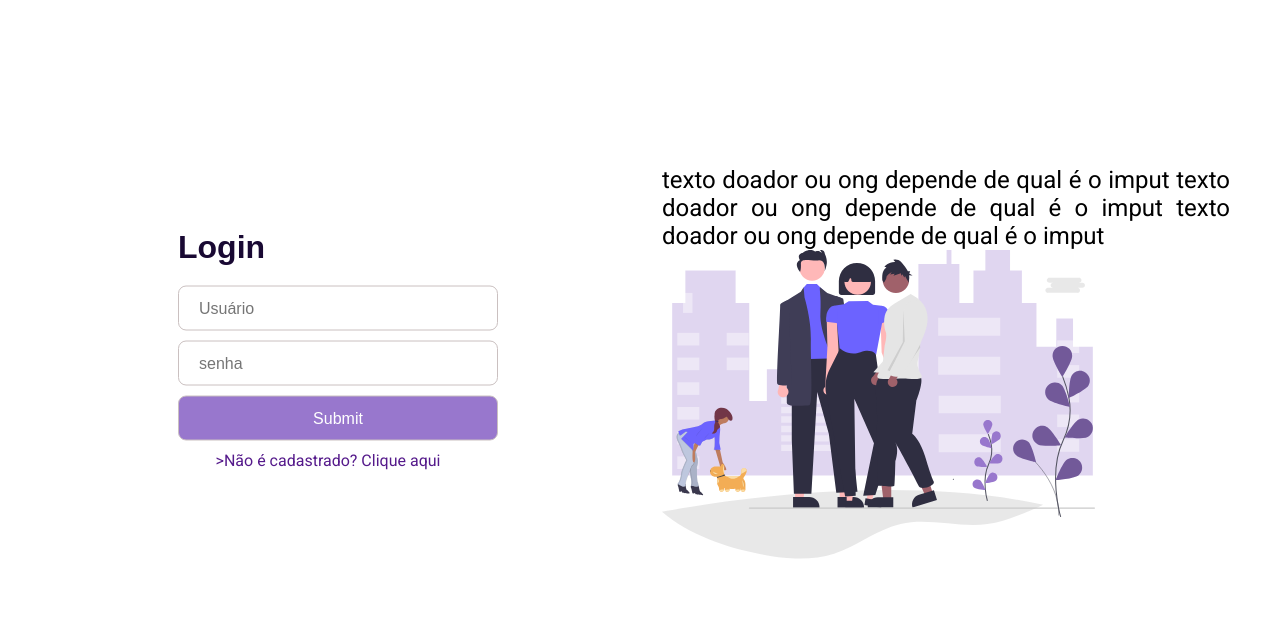
Repository: Dirlandia404/Casos
Page: src/pages/login.html
An editor plug-in stored every save of this project. The page is shown before and after the next save, followed by the edit.
The browser window is 1280 px wide. The pictures show the whole page.

Above is the page before, as saved 2021-07-14 10:03:03.

After the next save:
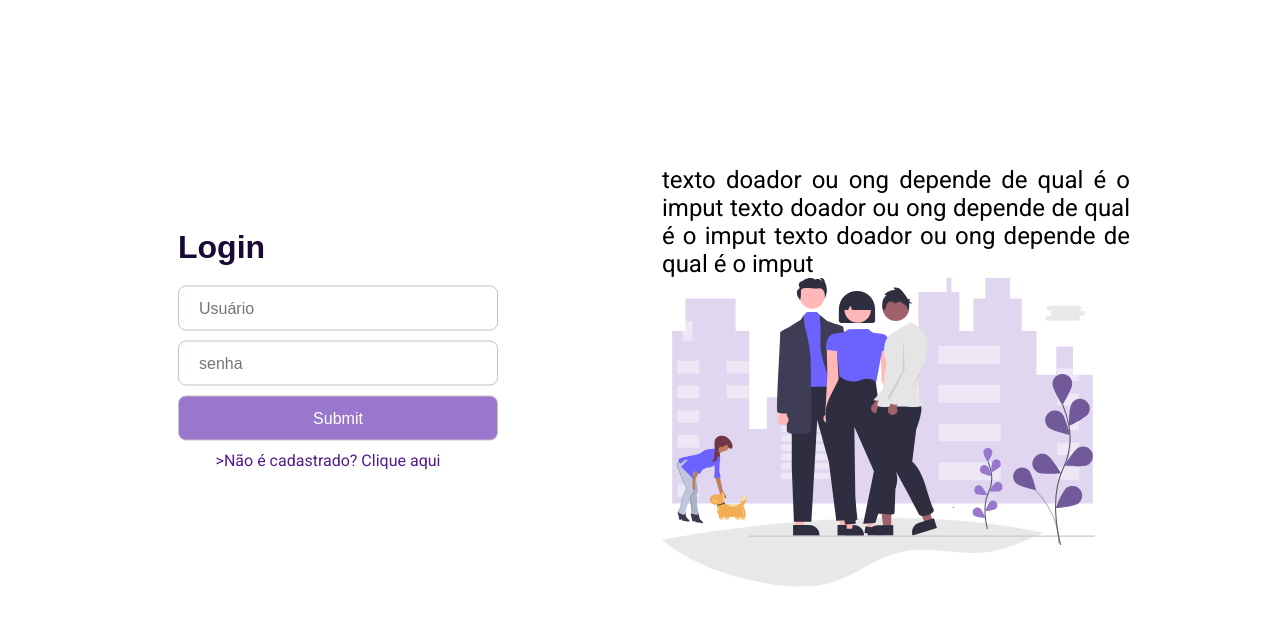
Saved 7 s later.
--- a/src/style/login.css
+++ b/src/style/login.css
@@ -14,7 +14,7 @@ form{
 #lado-d p{
     font-size: 24px;
     text-align: justify;
-    margin-right: 50px;
+    margin-right: 150px;
 }
 img{
     width: 70%;
